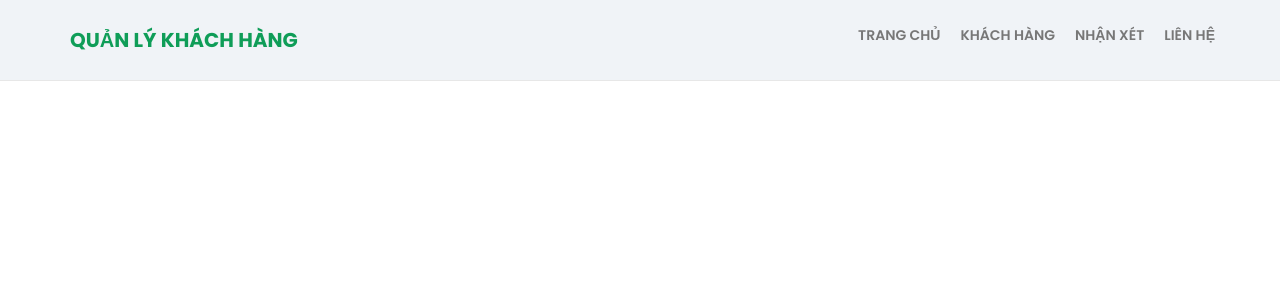
Repository: huutien1904/bt2-ltw
Page: index.html
An editor plug-in stored every save of this project. The page is shown before and after the next save, followed by the edit.
The browser window is 1280 px wide. The pictures show the whole page.

Above is the page before, as saved 2021-11-03 21:15:47.

After the next save:
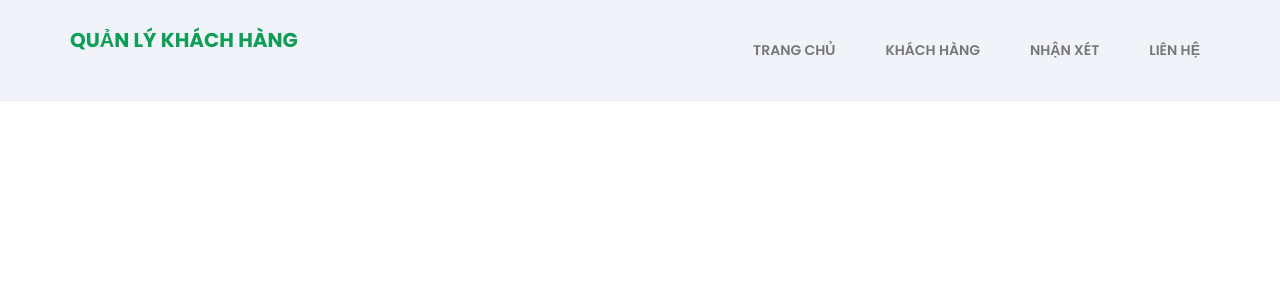
Saved 8 s later.
--- a/style.css
+++ b/style.css
@@ -22,7 +22,7 @@ body {
   font-size: 20px;
   color: var(--primary-color) !important;
 }
-.navbar-right li a{
+.navbar-right li{
   font-size: 14px;
   font-weight: 600;
   padding: 10px ;
